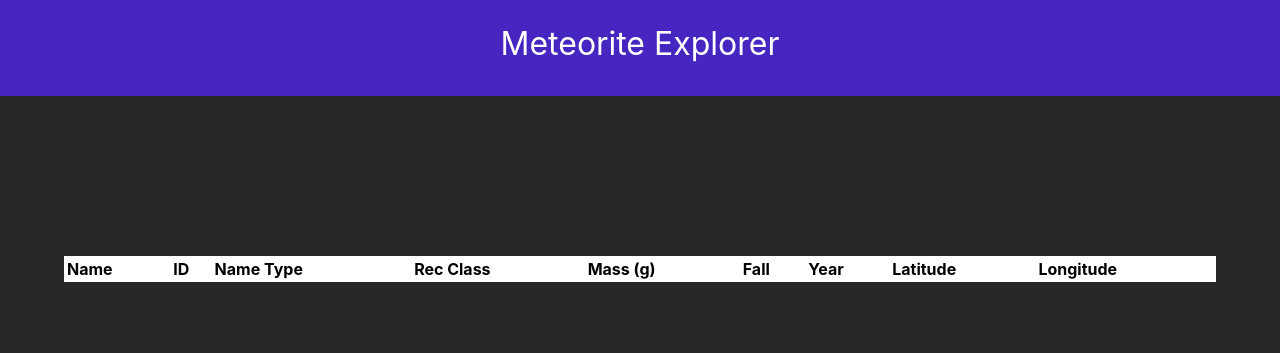
Repository: Tsardines/meteorite-explorer
Page: / (app in meteorite-explorer/)
An editor plug-in stored every save of this project. The page is shown before and after the next save, followed by the edit.
The browser window is 1280 px wide. The pictures show the whole page.
The page's requests for data from a server got no answer. The project was rebuilt for these pictures with package versions that can differ from the ones it lists, and the page was loaded fresh each time. No one was signed in, and anything a server would have sent is missing.

Above is the page before, as saved 2019-05-27 16:56:35.

After the next save:
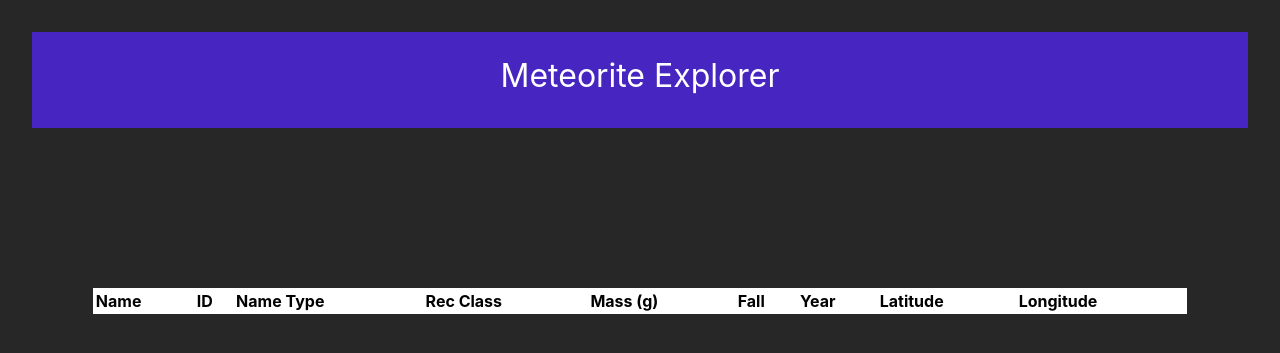
Saved 5 s later.
--- a/meteorite-explorer/src/App.css
+++ b/meteorite-explorer/src/App.css
@@ -1,6 +1,6 @@
 body {
   background-color: rgb(39, 39, 39);
-  margin: 0 auto;
+  margin: 2rem;
 }
 
 .header {
